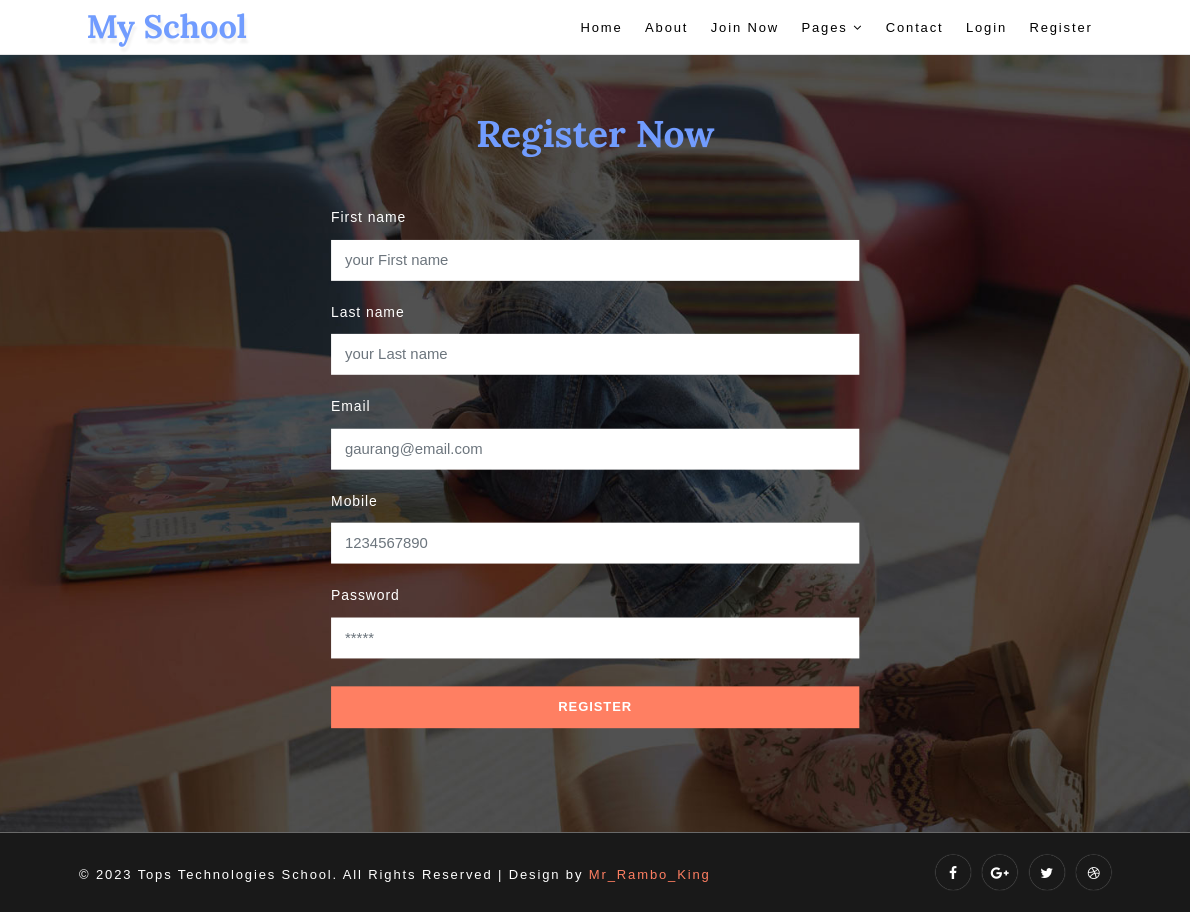
Repository: Gaurangdalvadi6/Web_Technologies_in_JAVA
Page: http://localhost/advance_java_assignment/register.jsp
An editor plug-in stored every save of this project. The page is shown before and after the next save, followed by the edit.
The browser window is 1280 px wide. The pictures show the whole page, at 93% of full size.
Some web fonts or font styles are not loaded; a fallback is used. The page is served by Tomcat 9.

Above is the page before, as saved 2023-04-27 13:36:06.

After the next save:
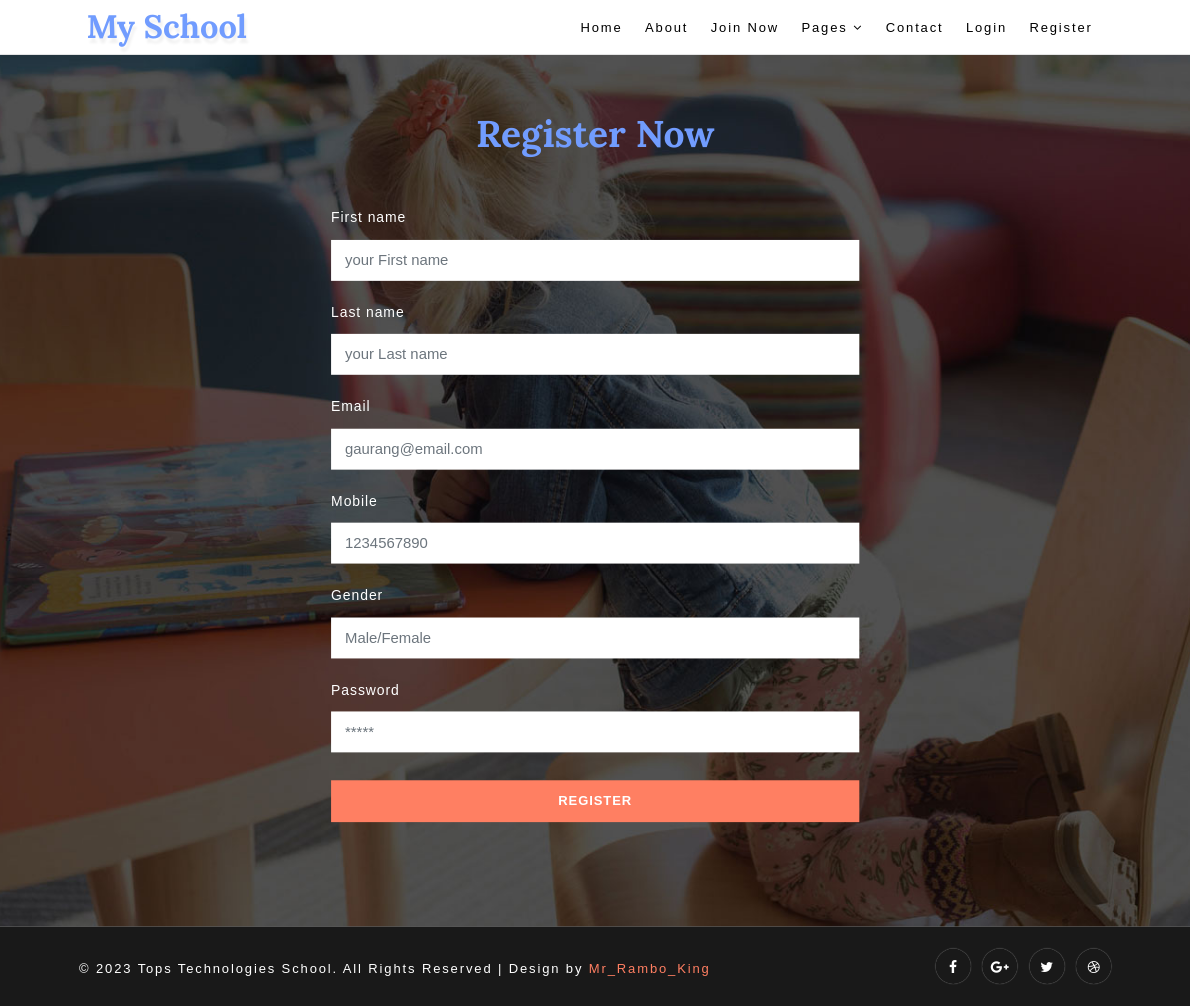
Saved 7 min 23 s later.
--- a/advance_java_assignment/src/main/webapp/register.jsp
+++ b/advance_java_assignment/src/main/webapp/register.jsp
@@ -114,6 +114,10 @@ License URL: http://creativecommons.org/licenses/by/3.0/
                             required="" min="10" maxlength="10">
                     </div>
                     <div class="form-group">
+                        <label class="col-form-label">Gender</label>
+                        <input type="text" class="form-control" placeholder="Male/Female" name="gender" required="">
+                    </div>
+                    <div class="form-group">
                         <label class="col-form-label">Password</label>
                         <input type="password" class="form-control" placeholder="*****" name="Password" required="">
                     </div>
